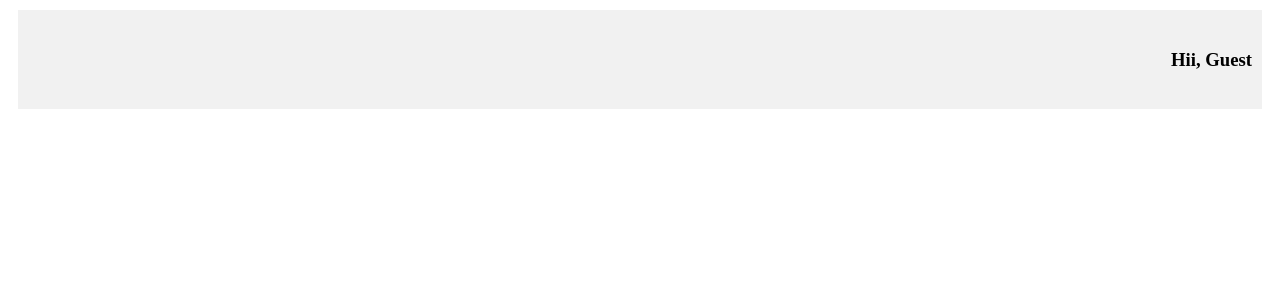
Repository: TraptiBhagat/AdvanceJava
Page: http://localhost/Proj_Maven/Header.jsp
An editor plug-in stored every save of this project. The page is shown before and after the next save, followed by the edit.
The browser window is 1280 px wide. The pictures show the whole page.
The page is served by Tomcat 9. Other server files are loaded and not shown.

Above is the page before, as saved 2022-03-23 14:38:07.

### Proj_Maven/src/main/webapp/Header.jsp
<%@page import="in.co.rays.bean.UserBean"%>
<%@ page language="java" contentType="text/html; charset=ISO-8859-1"
	pageEncoding="ISO-8859-1"%>
<!DOCTYPE html>
<html>
<head>
<meta charset="ISO-8859-1">
<style>
* {
	box-sizing: border-box;
}

.header {
	Display: flex;
	background-color: #f1f1f1;
	padding: 20px 10px;
	margin:10px;
	justify-content: flex-end;
}

.header a {
	align-content: center;
	color: black;
	text-align: center;
	padding: 12px;
	text-decoration: none;
	font-size: 18px;
	line-height: 25px;
	border-radius: 4px;
	color: black;
}

.header a:hover {
	background-color: #ddd;
	color: black;
}
</style>
<title>Header page</title>
</head>
<body>



	<div class="header">

		<%
			UserBean user = (UserBean) session.getAttribute("user");
			if (user != null) {
		%>

		<div class="header">
			Hi,<%=user.getName()%>
			<a href="">Home |</a> <a href="">Sign Up |</a> <a href="">About |</a>
			<a href="Logout.jsp">Logout</a>
		</div>

		<%
			} else {
		%>
		<h3>Hii, Guest</h3>
		<%
			}
		%>


	</div>


</body>
</html>

After the next save:
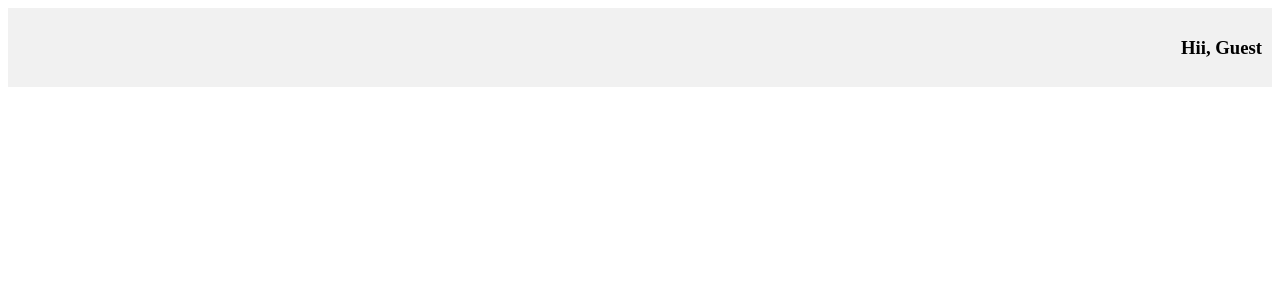
Saved 37 s later.
--- a/Proj_Maven/src/main/webapp/Header.jsp
+++ b/Proj_Maven/src/main/webapp/Header.jsp
@@ -13,8 +13,8 @@
 .header {
 	Display: flex;
 	background-color: #f1f1f1;
-	padding: 20px 10px;
-	margin:10px;
+	padding: 10px 10px;
+
 	justify-content: flex-end;
 }
 
